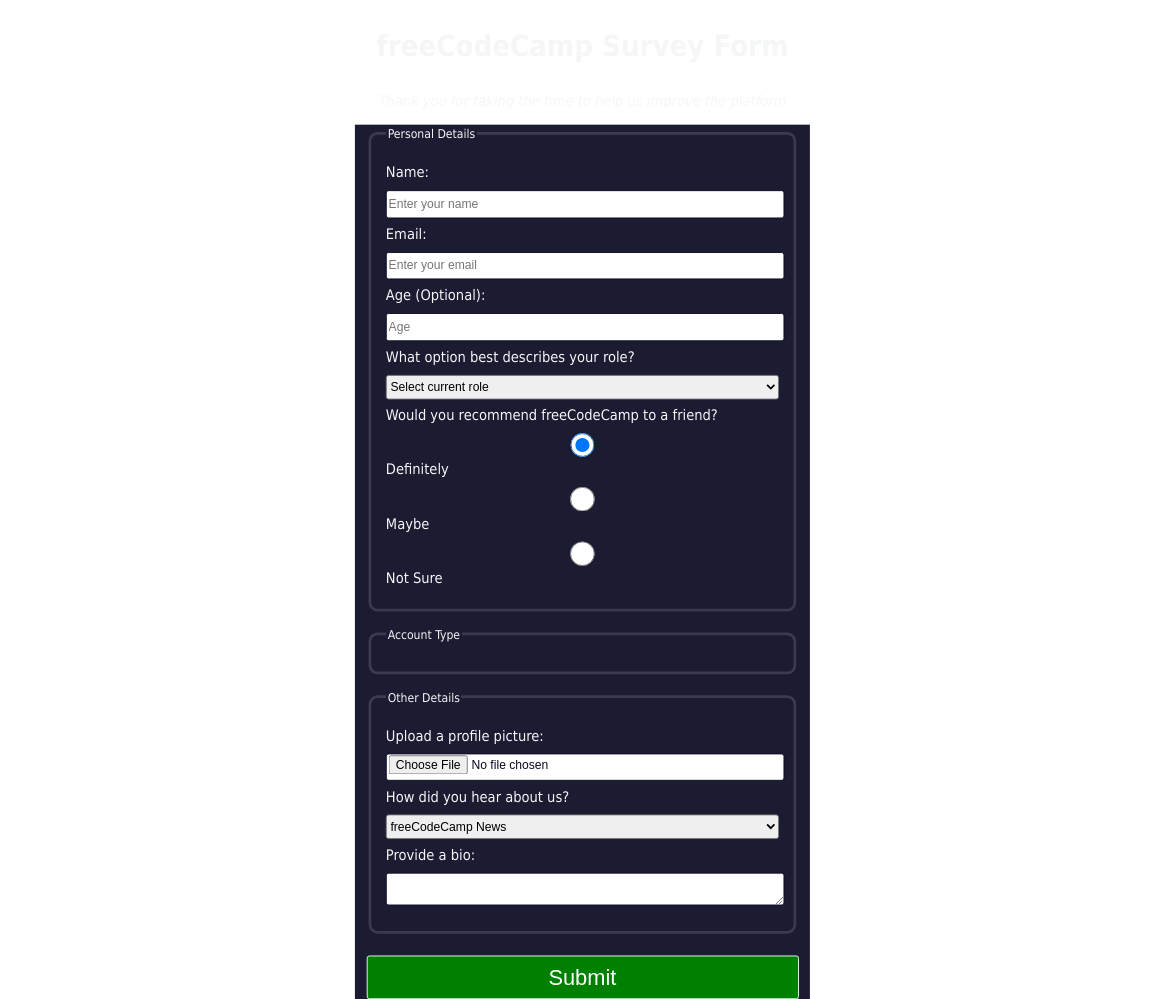
Repository: Lungdjos/survey_form_certification
Page: index.html
An editor plug-in stored every save of this project. The page is shown before and after the next save, followed by the edit.
The browser window is 1280 px wide. The pictures show the whole page, at 91% of full size.

Above is the page before, as saved 2023-09-30 03:50:39.

### index.html
<!DOCTYPE html>
<html lang="en">

<head>
    <meta charset="UTF-8">
    <meta name="viewport" content="width=device-width, initial-scale=1.0">
    <title>Survey Form</title>
    <link rel="stylesheet" href="styles.css">
</head>

<body>
    <h1>freeCodeCamp Survey Form </h1>
    <p>Thank you for taking the time to help us improve the platform</p>
    <form action="https://register-demo.freecodecamp.org" method="post">
        <fieldset>
            <legend> <small>Personal Details</small> </legend>
            <label for="name">Name: <input type="text" id="name" name="name" placeholder="Enter your name" required> </label>
            <label for="email">Email: <input type="email" id="email" name="email" placeholder="Enter your email" required> </label>
            <label for="age">Age (Optional): <input type="number" name="age" id="age" min="13" max="100" placeholder="Age"> </label>
            <label for="referrer"> What option best describes your role?
                <select name="referrer" id="referrer">
                    <option value="">Select current role</option>
                    <option value="1"  name="news">Student</option>
                    <option value="2" name="youtube" >Full Time Job</option>
                    <option value="3" name="forum" >Full Time Learner</option>
                    <option value="4" name="other" >Prefer not to say</option>
                    <option value="5" name="other" >Other</option>
                </select>
            </label>
            <label for="rec" class="radio-label">
                Would you recommend freeCodeCamp to a friend?
                    <input  type="radio" name="recommendation" id="rec" checked> Definitely
                    <input  type="radio" name="recommendation" id="rec">Maybe
                    <input  type="radio" name="recommendation" id="rec">Not Sure
            </label>
        </fieldset>
        <fieldset>
            <legend> <small>Account Type</small></legend>

        </fieldset>
        <fieldset>
            <legend> <small>Other Details</small></legend>
            <label for="profile-pic">Upload a profile picture: <input type="file" name="profile-piture" id="profile-pic"></label>


            <label for="referrer"> How did you hear about us?
                <select name="referrer" id="referrer">
                    <option value="">(select one)</option>
                    <option value="1" selected name="news">freeCodeCamp News</option>
                    <option value="2" name="youtube" >freeCodeCamp YouTube Channel</option>
                    <option value="3" name="forum" >freeCodeCamp Forum</option>
                    <option value="4" name="other" >Other</option>
                </select>
            </label>
            <label for="bio">Provide a bio:
                <textarea name="biography" id="bio" cols="50" rows="2" placeholder="I like coding on the beach..." >
                </textarea>
            </label>
        </fieldset>

        <input type="submit" value="Submit" name="submit" id="submit-btn">
    </form>
</body>

</html>

### styles.css
/* designs for the survey form */


/* CSS for the Registration Form */

body {
    width: 100%;
    height: 100vh;
    /* will need to set the value to */
    margin: 15px 0 15px 0;
    color: #f5f6f7;
    font-size: 16px;
    font-family: Tahoma;
}

label {
    display: block;
    margin: .5rem 0;
}

a {
    color: #dfdfe2;
}

a:hover {
    color: blanchedalmond;
    text-decoration: none;
}

a:active {
    color: #0a0a23;
}

form {}

fieldset {
    margin: 15px;
    border-radius: 10px;
    border: 3px solid #3b3b4f;
    padding: 1rem;
}


/* gets the last element and take effects */


/* fieldset:last-of-type {
    border: none;
} */

input,
textarea,
select {
    margin: 10px 0 0 0;
    width: 100%;
    border-radius: 3px;
    min-height: 2em;
}

input,
textarea {
    background-color: #fff;
    border: 1px solid #0a0a23;
    color: #0a0a23;
    ;
}


/* input {}

.inline label {
    display: inline;
    margin: 0 3em 0 0;
    vertical-align: middle;
    justify-content: left;
}


/* Style the radio buttons to make them visually aligned with the labels *

input[type="radio"] {
    vertical-align: middle;
    /* Align radio buttons vertically with the text
    margin-right: 5px;
    /* Add some spacing between the radio button and text */


}

/* Add some margin between each radio button and text

label input[type="radio"]+label {
    margin-right: 15px;
}

*/
legend {
    font-style: italic;
    font-family: 'Times New Roman', Times, serif;
}
h1,
p {
    margin: 1em auto;
    text-align: center;
}
p {
    font-style: italic;
}
form {
    /* margin: 0px 30px 0px 30px; */

    margin: 0 auto;
    max-width: 500px;
    min-width: 300px;
    width: 60vw;
    background-color: #1b1b32;
}
#submit-btn:hover {
    background-color: blanchedalmond;
    margin-bottom: 2em;
    color: #0a0a23;
    border: 4px solid #3b3b4f;
    border-radius: 8px;
}
input[name="submit"] {
    display: block;
    width: 95%;
    margin: 1em auto;
    height: 2em;
    font-size: 1.5rem;
    background-color: green;
    color: #fff;
    border-color: white;
    min-width: 1em;
}
input[type="file"] {
    min-height: 2em;
    padding: 1px 2px;
}

After the next save:
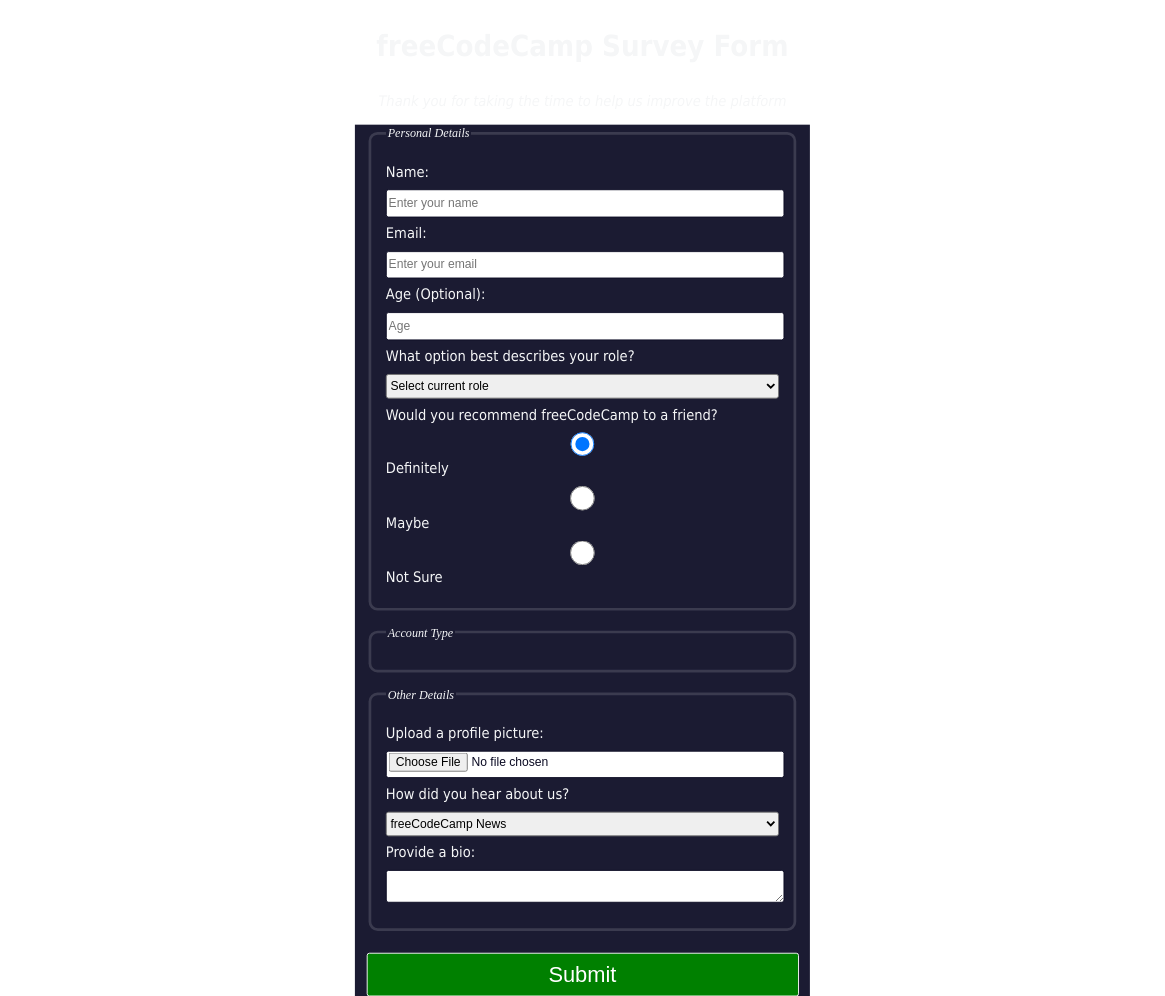
Saved 4 s later.
--- a/styles.css
+++ b/styles.css
@@ -82,7 +82,7 @@
     vertical-align: middle;
     /* Align radio buttons vertically with the text
     margin-right: 5px;
-    /* Add some spacing between the radio button and text */
+    /* Add some spacing between the radio button and text
 
 
 }
@@ -94,27 +94,31 @@
 }
 
 */
+
 legend {
     font-style: italic;
     font-family: 'Times New Roman', Times, serif;
 }
+
 h1,
 p {
     margin: 1em auto;
     text-align: center;
 }
+
 p {
     font-style: italic;
 }
+
 form {
     /* margin: 0px 30px 0px 30px; */
-
     margin: 0 auto;
     max-width: 500px;
     min-width: 300px;
     width: 60vw;
     background-color: #1b1b32;
 }
+
 #submit-btn:hover {
     background-color: blanchedalmond;
     margin-bottom: 2em;
@@ -122,6 +126,7 @@
     border: 4px solid #3b3b4f;
     border-radius: 8px;
 }
+
 input[name="submit"] {
     display: block;
     width: 95%;
@@ -133,6 +138,7 @@
     border-color: white;
     min-width: 1em;
 }
+
 input[type="file"] {
     min-height: 2em;
     padding: 1px 2px;
